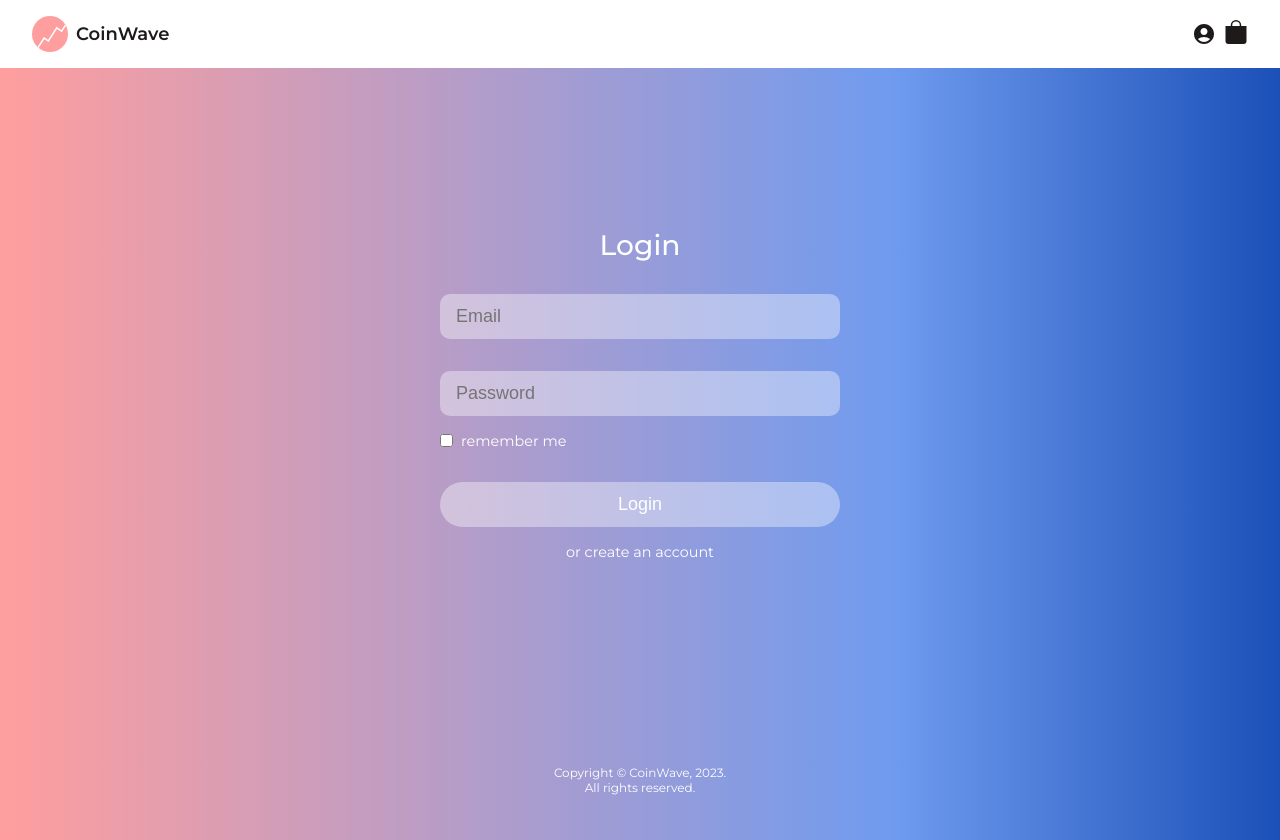
Repository: David-Waite/CoinWave
Page: /login
An editor plug-in stored every save of this project. The page is shown before and after the next save, followed by the edit.
The browser window is 1280 px wide. The pictures show the whole page.
The project was rebuilt for these pictures with package versions that can differ from the ones it lists, and the page was loaded fresh each time. The framework's server and built-in components were replaced by stand-ins that run in the browser. Also part of the build but not shown: next.config.js.

Above is the page before, as saved 2023-10-04 12:11:44.

### app/layout.js
// layout
import Nav from "./components/Nav/Nav";
import "./globals.css";
import { CartProvider } from "../context/cart";
import { Montserrat } from "next/font/google";
import Footer from "./components/Footer/Footer";

// font imported by google fonts

const montserrat = Montserrat({ subsets: ["latin"] });
export const metadata = {
  title: "Coin Wave",
  description: "Generated by create next app",
};

// wraps the nav on top of each page
export default function RootLayout({ children }) {
  return (
    <CartProvider>
      <html lang="en">
        <body className={montserrat.className}>
          <Nav />
          {children}
          <Footer />
        </body>
      </html>
    </CartProvider>
  );
}

### app/login/page.js
"use client";

// login page
import styles from "./login.module.css";
import { useState } from "react";
import { useRouter } from "next/navigation";
import Link from "next/link";

export default function Login() {
  // form data saved in form
  const [formData, setFormData] = useState({
    email: "",
    password: "",
    rememberMe: false,
  });

  const router = useRouter();

  // updates form state baced on input changes
  function handleChange(event) {
    const { type, name, value, checked } = event.target;
    setFormData((prevFormData) => {
      return {
        ...prevFormData,
        [name]: type === "checkbox" ? checked : value,
      };
    });
  }

  //function to be returned when login button is pressed

  function handleSubmit(event) {
    event.preventDefault();

    router.push("/account");
  }

  //jsx to be returned
  return (
    <main className={styles.main}>
      <form onSubmit={handleSubmit}>
        <h1 className={styles.title}>Login</h1>
        <input
          className={styles.email}
          type="email"
          placeholder="Email"
          onChange={handleChange}
          name="email"
          value={formData.email}
        />
        <input
          className={styles.password}
          type="password"
          placeholder="Password"
          onChange={handleChange}
          name="password"
          value={formData.password}
        />

        <div className={styles.rememberMeContainer}>
          <input
            className={styles.rememberMeCheckbox}
            type="checkbox"
            id="rememberMe"
            checked={formData.rememberMe}
            onChange={handleChange}
            name="rememberMe"
          />
          <label className={styles.rememberMeText} htmlFor="rememberMe">
            remember me
          </label>
        </div>

        <button className={styles.loginBtn}>Login</button>
        <Link className={styles.signUp} href={"/signUp"}>
          or create an account
        </Link>
      </form>
    </main>
  );
}

### app/components/Nav/Nav.js
"use client";

// nav bar
import styles from "./nav.module.css";
import Link from "next/link";
import { MdAccountCircle } from "react-icons/md";
import { BsBagFill } from "react-icons/bs";
import { useContext, useEffect, useState } from "react";
import { CartContext } from "@/context/cart";

export default function Nav() {
  // imports cart items to get account of items in cart to display in nav

  const [cartItemAmount, setCartItemsAmount] = useState();
  const { cartItems } = useContext(CartContext);

  useEffect(() => {
    setCartItemsAmount(cartItems.length);
  }, [cartItems]);

  // jsx for nar bar
  return (
    <nav className={styles.main}>
      <Link className={styles.homeLink} href="/">
        <svg
          width="36"
          height="36"
          viewBox="0 0 36 36"
          fill="none"
          xmlns="http://www.w3.org/2000/svg"
        >
          <circle cx="18" cy="18" r="18" fill="#FF9E9E" />
          <mask
            id="mask0_7_9"
            style={{ maskType: "alpha" }}
            maskUnits="userSpaceOnUse"
            x="0"
            y="0"
            width="36"
            height="36"
          >
            <path
              d="M36 18C36 27.9411 27.9411 36 18 36C8.05887 36 0 27.9411 0 18C0 8.05887 8.05887 0 18 0C27.9411 0 36 8.05887 36 18Z"
              fill="#FF9E9E"
            />
          </mask>
          <g mask="url(#mask0_7_9)">
            <path
              d="M2.13416 37.6684L12.0865 22.0755L16.3706 24.9865L24.7305 11.8885L29.6267 15.2153L36.3942 4.61218"
              stroke="white"
              strokeWidth="1.5"
            />
          </g>
        </svg>
        CoinWave
      </Link>
      <div className={styles.icons}>
        <Link className={styles.loginLink} href="/login">
          <MdAccountCircle size={24} />
        </Link>
        <Link href="/cart" className={styles.bagIcon}>
          <div>
            {cartItemAmount >= 1 && (
              <div className={styles.cartAmount}>
                <p>{cartItemAmount}</p>
              </div>
            )}

            <BsBagFill size={24} />
          </div>
        </Link>
      </div>
    </nav>
  );
}

### app/globals.css
:root {
  --primary: #fc9d9f;
  --primaryHover: #ff8b8d;
  --black: #1e1a1a;
}

* {
  margin: 0;
  padding: 0;
  box-sizing: border-box;
}

### context/cart.js
"use client";

// content cart
import { createContext, useState, useEffect } from "react";

export const CartContext = createContext();

export const CartProvider = ({ children }) => {
  // check localstorage for cart
  const [cartItems, setCartItems] = useState(() => {
    if (typeof window !== "undefined") {
      return localStorage.getItem("cartItems")
        ? JSON.parse(localStorage.getItem("cartItems"))
        : [];
    }
  });

  // add to cart function
  const addToCart = (item) => {
    const isItemInCart = cartItems.find((cartItem) => cartItem.id === item.id);

    if (isItemInCart) {
      setCartItems(
        cartItems.map((cartItem) =>
          cartItem.id === item.id
            ? { ...cartItem, quantity: cartItem.quantity + 1 }
            : cartItem
        )
      );
    } else {
      setCartItems([...cartItems, { ...item, quantity: 1 }]);
    }
  };

  // update quantity function
  const updateQuantity = (id, quantity) => {
    const isItemInCart = cartItems.find((cartItem) => cartItem.id === id);

    if (isItemInCart) {
      setCartItems(
        cartItems.map((cartItem) =>
          cartItem.id === id ? { ...cartItem, quantity: quantity } : cartItem
        )
      );
    }
  };

  // remove form cart function
  const removeFromCart = (item) => {
    const isItemInCart = cartItems.find((cartItem) => cartItem.id === item.id);

    if (isItemInCart.quantity === 1) {
      setCartItems(cartItems.filter((cartItem) => cartItem.id !== item.id));
    } else {
      setCartItems(
        cartItems.map((cartItem) =>
          cartItem.id === item.id
            ? { ...cartItem, quantity: cartItem.quantity - 1 }
            : cartItem
        )
      );
    }
  };

  // clear cart function
  const clearCart = () => {
    setCartItems([]);
  };

  // gets cart total function
  const getCartTotal = () => {
    return cartItems.reduce(
      (total, item) => total + item.price * item.quantity,
      0
    );
  };

  // useeffect to get set localStage
  useEffect(() => {
    if (typeof window !== "undefined") {
      localStorage.setItem("cartItems", JSON.stringify(cartItems));
    }
  }, [cartItems]);
  // useeffect to get set localStage
  useEffect(() => {
    if (typeof window !== "undefined") {
      const cartItems = localStorage.getItem("cartItems");
      if (cartItems) {
        setCartItems(JSON.parse(cartItems));
      }
    }
  }, []);

  return (
    <CartContext.Provider
      value={{
        cartItems,
        addToCart,
        updateQuantity,
        removeFromCart,
        clearCart,
        getCartTotal,
      }}
    >
      {children}
    </CartContext.Provider>
  );
};

### app/components/Footer/Footer.js
import styles from "./Footer.module.css";
export default function Footer() {
  return (
    <footer className={styles.main}>
      <p className={styles.copyright}>
        Copyright &copy; CoinWave, 2023. <br />
        All rights reserved.
      </p>
    </footer>
  );
}

### app/login/login.module.css
.main {
  background: linear-gradient(90deg, #ff9e9e 0%, #6f9bef 69.85%, #1b50b8 100%);
  min-height: calc(100vh - 68px);
  display: flex;
  flex-direction: column;
  align-items: center;
  justify-content: center;
}

.main form {
  display: flex;
  flex-direction: column;
  gap: 32px;
  justify-content: center;
  max-width: 400px;
  width: 100%;
}

.title {
  color: white;
  text-align: center;
  font-weight: 500;
  font-size: 28.13px;
}

.rememberMeContainer {
  margin-top: -16px;
  display: flex;
  align-items: center;
  gap: 8px;
}

.rememberMeCheckbox {
  background-color: grey;
}

.rememberMeText {
  font-size: 14.4px;
  color: white;
}
.email,
.password {
  color: var(--black);
  border: none;
  padding: 12px 16px;
  font-size: 18px;
  border-radius: 10px;
  background-color: rgba(255, 255, 255, 0.38);
}

.loginBtn {
  border: none;
  padding: 12px 16px;
  border-radius: 50px;
  font-size: 18px;
  background-color: rgba(255, 255, 255, 0.38);
  cursor: pointer;
  color: white;
  transition: 0.5s;
  max-width: none;
}
.loginBtn:hover {
  background-color: white;
  color: var(--black);
}

.signUp {
  font-size: 14.4px;
  color: white;
  text-align: center;
  text-decoration: none;
  cursor: pointer;
  margin-top: -16px;
}

@media (max-width: 778px) {
  .main {
    min-height: calc(100vh - 68px);
  }
  .rememberMeText {
    font-size: 12.8px;
  }
  .title {
    font-size: 25px;
  }

  .loginBtn,
  .email,
  .password {
    font-size: 16px;
  }
}

@media (max-width: 432px) {
  .main form {
    margin: 16px;
    width: calc(100% - 32px);
  }
}

### app/components/Nav/nav.module.css
.main {
  display: flex;
  align-items: center;
  justify-content: space-between;
  padding: 16px 60px;
  box-shadow: rgba(0, 0, 0, 0.05) 0px 6px 24px 0px,
    rgba(0, 0, 0, 0.08) 0px 0px 0px 1px;
}

.homeLink {
  display: flex;
  align-items: center;
  gap: 8px;
  text-decoration: none;
  font-size: 18px;
  color: var(--black);
  font-weight: 600;
}

.loginLink {
  display: flex;
  align-items: center;
  gap: 4px;
  font-size: 18px;
  text-decoration: none;
  color: var(--black);
  font-weight: 500;
}

.icons {
  display: flex;
  align-items: center;
  gap: 8px;
}
.bagIcon {
  position: relative;
  text-decoration: none;
  color: var(--black);
  cursor: pointer;
}
.cartAmount {
  position: absolute;
  background-color: red;
  height: 16px;
  width: 16px;
  right: -7px;
  top: -3px;
  display: flex;
  align-items: center;
  justify-content: center;
  color: white;

  border-radius: 50%;
}

.cartAmount p {
  font-size: 10px;
  font-weight: 500;
}

@media (max-width: 1600px) {
  .main {
    padding: 16px 32px;
  }
}
@media (max-width: 778px) {
  .main {
    padding: 16px;
  }
  .loginLink,
  .homeLink {
    font-size: 16px;
  }
}

### app/components/Footer/Footer.module.css
.main {
  display: flex;
  align-items: center;
  justify-content: center;
  height: 120px;
  background: linear-gradient(90deg, #ff9e9e 0%, #6f9bef 69.85%, #1b50b8 100%);
}

.copyright {
  font-size: 12px;
  color: white;
  text-align: center;
}

After the next save:
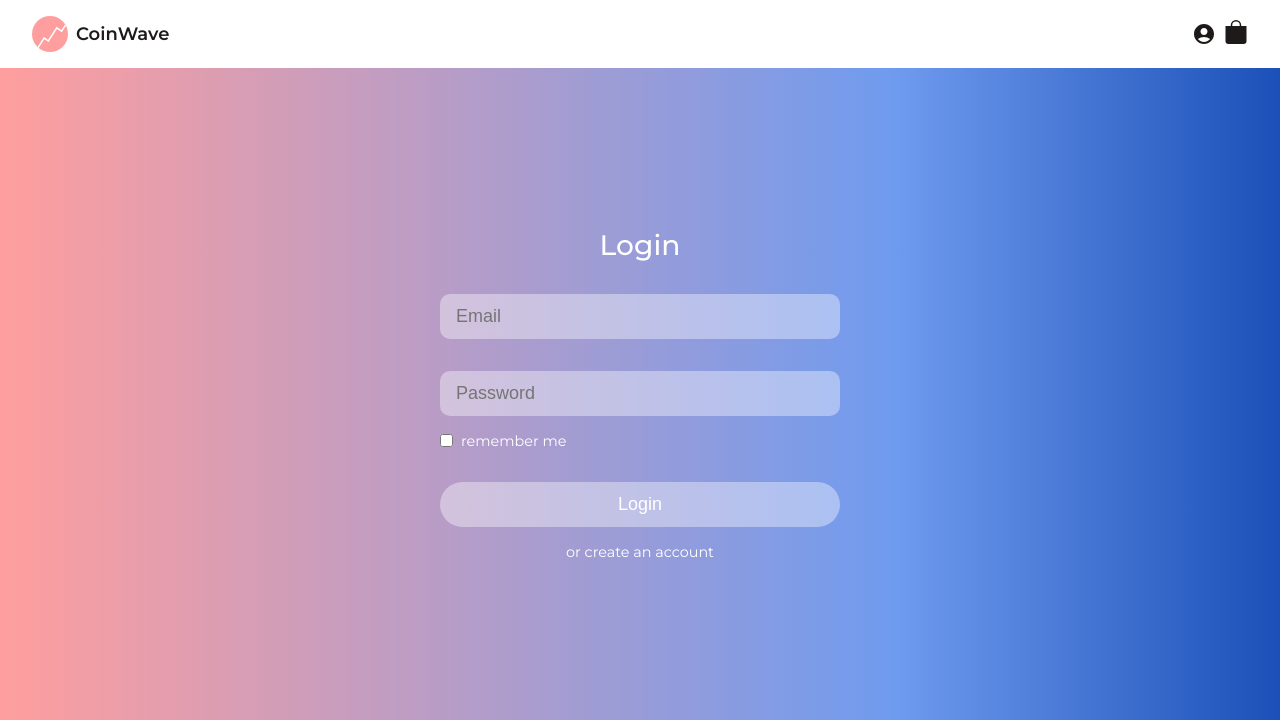
Saved 57 s later.
--- a/app/layout.js
+++ b/app/layout.js
@@ -21,7 +21,6 @@ export default function RootLayout({ children }) {
         <body className={montserrat.className}>
           <Nav />
           {children}
-          <Footer />
         </body>
       </html>
     </CartProvider>
